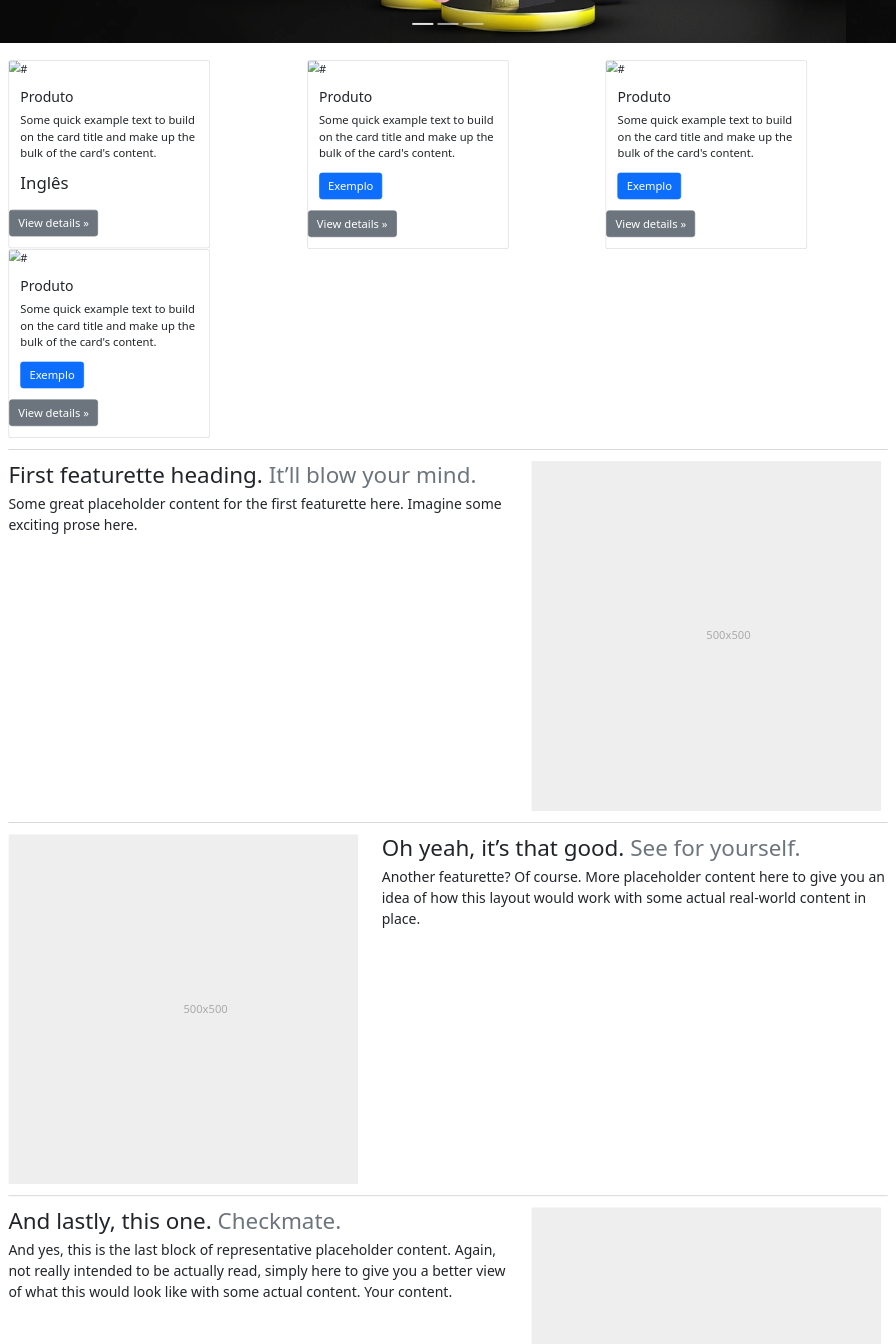
Repository: dantas-barreto/trabalho-interdisciplinar-IDW-IAP
Page: index.html
An editor plug-in stored every save of this project. The page is shown before and after the next save, followed by the edit.
The browser window is 1280 px wide. The pictures show the part of the page from y = 394 to 2314 px (the page is 2692 px tall before and 2722 px after), at 70% of full size.

Above is the page before, as saved 2021-11-15 23:55:39.

### index.html
<!DOCTYPE html>
<html lang="pt-br">
  <head>
    <meta charset="utf-8" />
    <meta name="viewport" content="width=device-width, initial-scale=1.0" />
    <link
      rel="stylesheet"
      href="node_modules/bootstrap/dist/css/bootstrap.min.css"
    />
    <link rel="shortcut icon" href="img/favicon.ico" type="image/x-icon" />
    <link rel="stylesheet" href="classificacao.css" />
    <title>DevTech Express</title>
  </head>
  <body>
    <nav class="navbar navbar-expand-lg navbar-light bg-light">
      <div class="container-fluid">
        <a class="navbar-brand" href="#">
          <img
            src="img/logo.png"
            width="90rem"
            height="90rem"
            alt="Logo DevTech Express"
          />
        </a>
        <button
          class="navbar-toggler"
          type="button"
          data-bs-toggle="collapse"
          data-bs-target="#navbarSupportedContent"
          aria-controls="navbarSupportedContent"
          aria-expanded="false"
          aria-label="Toggle navigation"
        >
          <span class="navbar-toggler-icon"></span>
        </button>
        <div class="collapse navbar-collapse" id="navbarSupportedContent">
          <ul class="navbar-nav me-auto mb-2 mb-lg-0">
            <li class="nav-item">
              <a class="nav-link active" aria-current="page" href="#"
                >Mais Vendidos</a
              >
            </li>
            <li class="nav-item">
              <a class="nav-link active" href="Clientes.html">Em Promoção</a>
            </li>
            <li class="nav-item">
              <a class="nav-link active" href="Fornecedores.html"
                >Baixe o App</a
              >
            </li>
            <li class="nav-item">
              <a class="nav-link active" href="Produtos.html"
                >Atendimento ao Cliente</a
              >
            </li>
            <li class="nav-item dropdown">
              <a
                class="nav-link active dropdown-toggle"
                href="#"
                id="navbarDropdown"
                role="button"
                data-bs-toggle="dropdown"
                aria-expanded="false"
              >
                Categorias
              </a>
              <ul class="dropdown-menu" aria-labelledby="navbarDropdown">
                <li><a class="dropdown-item" href="#">Categoria 01</a></li>
                <li><a class="dropdown-item" href="#">Categoria 02</a></li>
                <li><a class="dropdown-item" href="#">Categoria 03</a></li>
                <li><a class="dropdown-item" href="#">Categoria 04</a></li>
                <li><a class="dropdown-item" href="#">Categoria 05</a></li>
                <li><a class="dropdown-item" href="#">Categoria 06</a></li>
                <li><a class="dropdown-item" href="#">Categoria 07</a></li>
                <li><a class="dropdown-item" href="#">Categoria 08</a></li>
              </ul>
            </li>
          </ul>
          <img src="img/carrinhogrande.png" />
          <form class="d-flex" id="procurar">
            <input
              class="form-control me-2"
              type="search"
              placeholder="Buscar produtos"
              aria-label="Search"
            />
            <button class="btn btn-outline-info" type="submit">Procurar</button>
          </form>
        </div>
      </div>
    </nav>

    <main>
      <div id="myCarousel" class="carousel slide mb-4" data-bs-ride="carousel">
        <div class="carousel-indicators">
          <button
            type="button"
            data-bs-target="#myCarousel"
            data-bs-slide-to="0"
            class="active"
            aria-current="true"
            aria-label="Slide 1"
          ></button>
          <button
            type="button"
            data-bs-target="#myCarousel"
            data-bs-slide-to="1"
            aria-label="Slide 2"
          ></button>
          <button
            type="button"
            data-bs-target="#myCarousel"
            data-bs-slide-to="2"
            aria-label="Slide 3"
          ></button>
        </div>
        <div class="carousel-inner">
          <div class="carousel-item active">
            <img src="img/exemplo3.webp" alt="Product #1" />
          </div>
          <div class="carousel-item">
            <img src="img/exemplo2.webp" alt="Product #2" />
          </div>
          <div class="carousel-item">
            <img src="img/exemplo1.webp" alt="Product #3" />
          </div>
        </div>
        <button
          class="carousel-control-prev"
          type="button"
          data-bs-target="#myCarousel"
          data-bs-slide="prev"
        >
          <span class="carousel-control-prev-icon" aria-hidden="true"></span>
          <span class="visually-hidden">Previous</span>
        </button>
        <button
          class="carousel-control-next"
          type="button"
          data-bs-target="#myCarousel"
          data-bs-slide="next"
        >
          <span class="carousel-control-next-icon" aria-hidden="true"></span>
          <span class="visually-hidden">Next</span>
        </button>
      </div>

      <div class="container-fluid marketing">
        <div class="row">
          <div class="col-lg-4 col-md-6">
            <div class="card" style="width: 18rem">
              <img src="#" class="card-img-top" alt="#" />
              <div class="card-body">
                <h5 class="card-title">Produto</h5>
                <p class="card-text">
                  Some quick example text to build on the card title and make up
                  the bulk of the card's content.
                </p>
                <div class="soft-skill">
                  <div class="soft-skill-rating" style="--rating: 3"></div>
                  <h4 class="soft-skill-label">Inglês</h4>
                </div>
              </div>
              <p>
                <a class="btn btn-secondary" href="#">View details &raquo;</a>
              </p>
            </div>
          </div>
          <div class="col-lg-4 col-md-6">
            <div class="card" style="width: 18rem">
              <img src="#" class="card-img-top" alt="#" />
              <div class="card-body">
                <h5 class="card-title">Produto</h5>
                <p class="card-text">
                  Some quick example text to build on the card title and make up
                  the bulk of the card's content.
                </p>
                <a href="#" class="btn btn-primary">Exemplo</a>
              </div>
              <p>
                <a class="btn btn-secondary" href="#">View details &raquo;</a>
              </p>
            </div>
          </div>
          <div class="col-lg-4 col-md-6">
            <div class="card" style="width: 18rem">
              <img src="#" class="card-img-top" alt="#" />
              <div class="card-body">
                <h5 class="card-title">Produto</h5>
                <p class="card-text">
                  Some quick example text to build on the card title and make up
                  the bulk of the card's content.
                </p>
                <a href="#" class="btn btn-primary">Exemplo</a>
              </div>
              <p>
                <a class="btn btn-secondary" href="#">View details &raquo;</a>
              </p>
            </div>
          </div>
          <div class="col-lg-4 col-md-6">
            <div class="card" style="width: 18rem">
              <img src="#" class="card-img-top" alt="#" />
              <div class="card-body">
                <h5 class="card-title">Produto</h5>
                <p class="card-text">
                  Some quick example text to build on the card title and make up
                  the bulk of the card's content.
                </p>
                <a href="#" class="btn btn-primary">Exemplo</a>
              </div>
              <p>
                <a class="btn btn-secondary" href="#">View details &raquo;</a>
              </p>
            </div>
          </div>
        </div>

        <hr class="featurette-divider" />

        <div class="row featurette">
          <div class="col-md-7">
            <h2 class="featurette-heading">
              First featurette heading.
              <span class="text-muted">It’ll blow your mind.</span>
            </h2>
            <p class="lead">
              Some great placeholder content for the first featurette here.
              Imagine some exciting prose here.
            </p>
          </div>
          <div class="col-md-5">
            <svg
              class="
                bd-placeholder-img bd-placeholder-img-lg
                featurette-image
                img-fluid
                mx-auto
              "
              width="500"
              height="500"
              xmlns="http://www.w3.org/2000/svg"
              role="img"
              aria-label="Placeholder: 500x500"
              preserveAspectRatio="xMidYMid slice"
              focusable="false"
            >
              <title>Placeholder</title>
              <rect width="100%" height="100%" fill="#eee" />
              <text x="50%" y="50%" fill="#aaa" dy=".3em">500x500</text>
            </svg>
          </div>
        </div>

        <hr class="featurette-divider" />

        <div class="row featurette">
          <div class="col-md-7 order-md-2">
            <h2 class="featurette-heading">
              Oh yeah, it’s that good.
              <span class="text-muted">See for yourself.</span>
            </h2>
            <p class="lead">
              Another featurette? Of course. More placeholder content here to
              give you an idea of how this layout would work with some actual
              real-world content in place.
            </p>
          </div>
          <div class="col-md-5 order-md-1">
            <svg
              class="
                bd-placeholder-img bd-placeholder-img-lg
                featurette-image
                img-fluid
                mx-auto
              "
              width="500"
              height="500"
              xmlns="http://www.w3.org/2000/svg"
              role="img"
              aria-label="Placeholder: 500x500"
              preserveAspectRatio="xMidYMid slice"
              focusable="false"
            >
              <title>Placeholder</title>
              <rect width="100%" height="100%" fill="#eee" />
              <text x="50%" y="50%" fill="#aaa" dy=".3em">500x500</text>
            </svg>
          </div>
        </div>

        <hr class="featurette-divider" />

        <div class="row featurette">
          <div class="col-md-7">
            <h2 class="featurette-heading">
              And lastly, this one. <span class="text-muted">Checkmate.</span>
            </h2>
            <p class="lead">
              And yes, this is the last block of representative placeholder
              content. Again, not really intended to be actually read, simply
              here to give you a better view of what this would look like with
              some actual content. Your content.
            </p>
          </div>
          <div class="col-md-5">
            <svg
              class="
                bd-placeholder-img bd-placeholder-img-lg
                featurette-image
                img-fluid
                mx-auto
              "
              width="500"
              height="500"
              xmlns="http://www.w3.org/2000/svg"
              role="img"
              aria-label="Placeholder: 500x500"
              preserveAspectRatio="xMidYMid slice"
              focusable="false"
            >
              <title>Placeholder</title>
              <rect width="100%" height="100%" fill="#eee" />
              <text x="50%" y="50%" fill="#aaa" dy=".3em">500x500</text>
            </svg>
          </div>
        </div>
      </div>

      <footer class="container-fluid">
        <hr class="featurette-divider" />
        <p class="float-end"><a href="#">Voltar ao topo</a></p>
        <p>
          &copy; 2017–2021 Company, Inc. &middot;
          <a href="#">Privacy</a> &middot; <a href="#">Terms</a>
        </p>
      </footer>
    </main>

    <script src="node_modules/bootstrap/dist/js/bootstrap.bundle.min.js"></script>
  </body>
</html>

### classificacao.css
.skill-rating {
  --percent: calc(var(--rating) / 5 * 100%);
  display: inline-block;
  font-family: Times;
  font-size: 30px;
  line-height: 1;
}

.skill-rating::before {
  background-clip: text;
  background: linear-gradient(90deg, #fc0 var(--percent), #fff var(--percent));
  content: "★★★★★";
  letter-spacing: 3px;
  -webkit-background-clip: text;
  -webkit-text-fill-color: transparent;
}

Loaded but not shown: node_modules/bootstrap/dist/css/bootstrap.min.css (library); node_modules/bootstrap/dist/js/bootstrap.bundle.min.js (library)

After the next save:
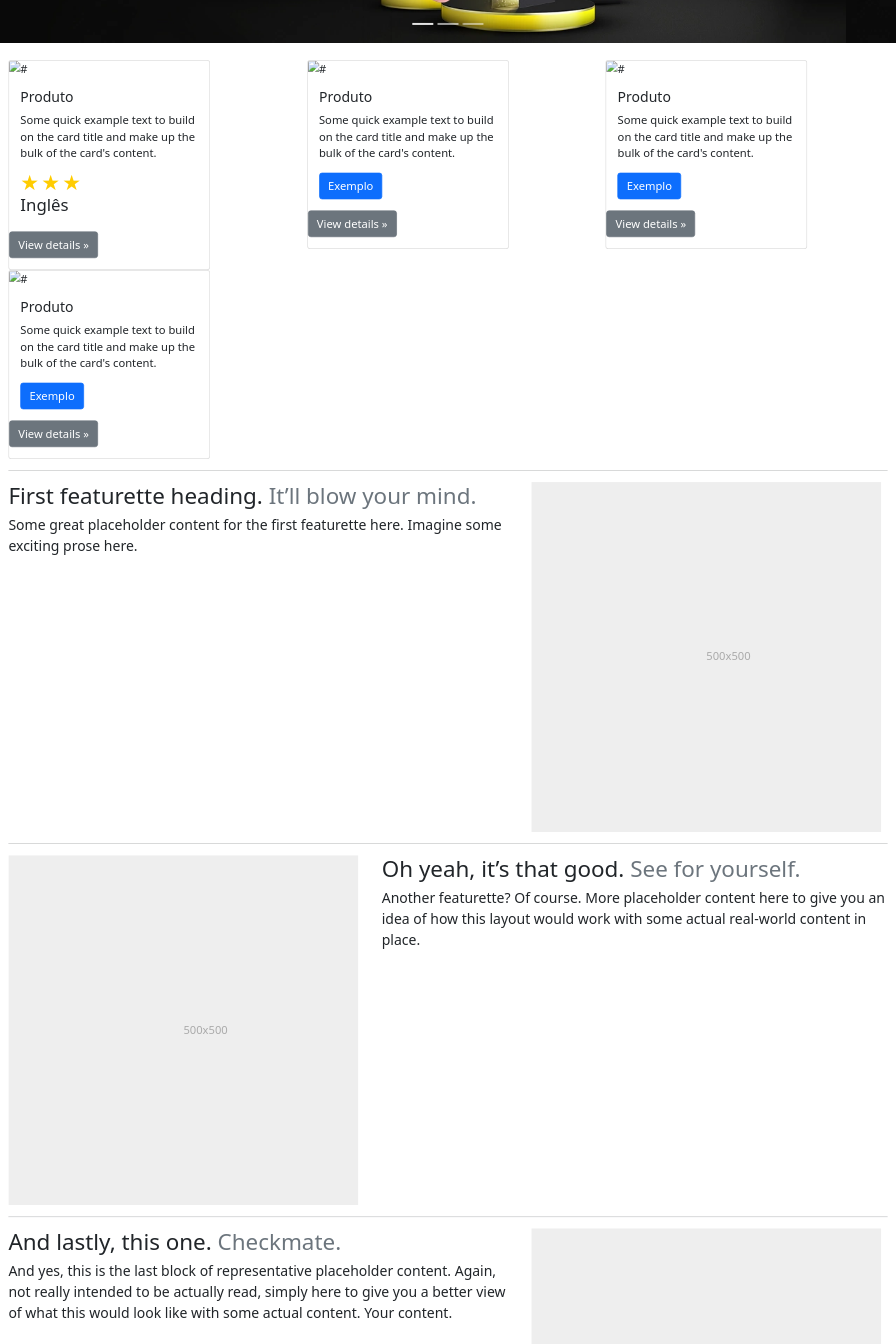
Saved 10 s later.
--- a/classificacao.css
+++ b/classificacao.css
@@ -1,4 +1,4 @@
-.skill-rating {
+.soft-skill-rating {
   --percent: calc(var(--rating) / 5 * 100%);
   display: inline-block;
   font-family: Times;
@@ -6,7 +6,7 @@
   line-height: 1;
 }
 
-.skill-rating::before {
+.soft-skill-rating::before {
   background-clip: text;
   background: linear-gradient(90deg, #fc0 var(--percent), #fff var(--percent));
   content: "★★★★★";
